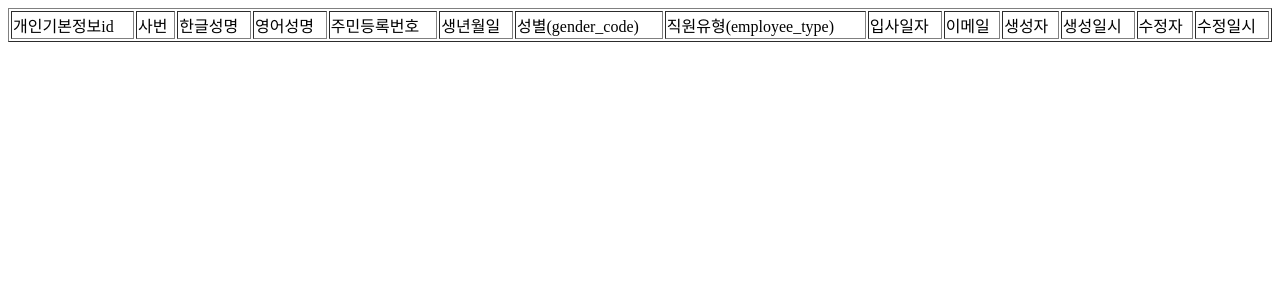
Repository: ktj4732/test
Page: http://localhost/dwl/home.jsp
An editor plug-in stored every save of this project. The page is shown before and after the next save, followed by the edit.
The browser window is 1280 px wide. The pictures show the whole page.
The page is served by Tomcat 9. Queries for data that is not in the repository find no rows.

Above is the page before, as saved 2020-11-18 05:18:52.

### dwl/WebContent/home.jsp
<%@ page language="java" contentType="text/html; charset=UTF-8"
    pageEncoding="UTF-8"%>
<%@ page import="java.sql.*"%>


      <table width = "100%" border = "1">
      <tr>
            <td>개인기본정보id</td>
			<td>사번</td>
			<td>한글성명</td>
			<td>영어성명</td>
			<td>주민등록번호</td>
			<td>생년월일</td>
			<td>성별(gender_code)</td>
			<td>직원유형(employee_type)</td>
			<td>입사일자</td>
			<td>이메일</td>
			<td>생성자</td>
			<td>생성일시</td>
			<td>수정자</td>
			<td>수정일시</td>

      </tr>

<%
    //내 db 접속에 사용할 conn 변수
    Connection conn = null;
    //오라클 드라이버 경로 설정
    String driver = "oracle.jdbc.driver.OracleDriver";
    //내 db의 계정 경로 설정
    String url = "jdbc:oracle:thin:@vis122.built1.com:1521:VIS1229";
    //접속 성공,실패 여부 사용시 쓰는 변수
    Boolean connect = false;


    Statement stmt = null;
    ResultSet rs = null;

    //db 접속 코드는 반드시 try~catch문 안에 써줘야함
    try {
        //오라클 드라이버 접속
        Class.forName(driver);
        //내 db 접속
        conn = DriverManager.getConnection(url, "apps", "apps");
        //접속성공시 true 설정
        connect = true;
         System.out.println("연결성공");


        String query = "select * from cbo1.cbo_person_master";

        stmt = conn.createStatement();

        rs = stmt.executeQuery(query);

        while (rs.next()) {
%>
			<tr>
	        	<td><%=rs.getString("cbo_person_master_id")%></td>
	        	<td><%=rs.getString("employee_number")%></td>
	        	<td><%=rs.getString("korean_name")%></td>
	        	<td><%=rs.getString("english_name")%></td>
	        	<td><%=rs.getString("registration_number")%></td>
	        	<td><%=rs.getString("birthday").substring(0,10)%></td>
	        	<td><%=rs.getString("gender_code")%></td>
	        	<td><%=rs.getString("employee_type")%></td>
	        	<td><%=rs.getString("hiredate").substring(0,10)%></td>
	        	<td><%=rs.getString("email")%></td>
	        	<td><%=rs.getString("creation_by")%></td>
	        	<td><%=rs.getString("creation_date")%></td>
	        	<td><%=rs.getString("last_update_by")%></td>
	        	<td><%=rs.getString("last_update_date")%></td>


	       	</tr>
       	</table>
<%
        }

        //접속 끊기, 끊는 이유 : 항상 db가 연결되어 있으면 접속 오류 및 데이터 충돌이 일어나기 때문
        conn.close();
    } catch (Exception e) {
        //접속 실패시 false 잡고 예외처리해줌
        connect = false;
        e.printStackTrace();
    }


%>

After the next save:
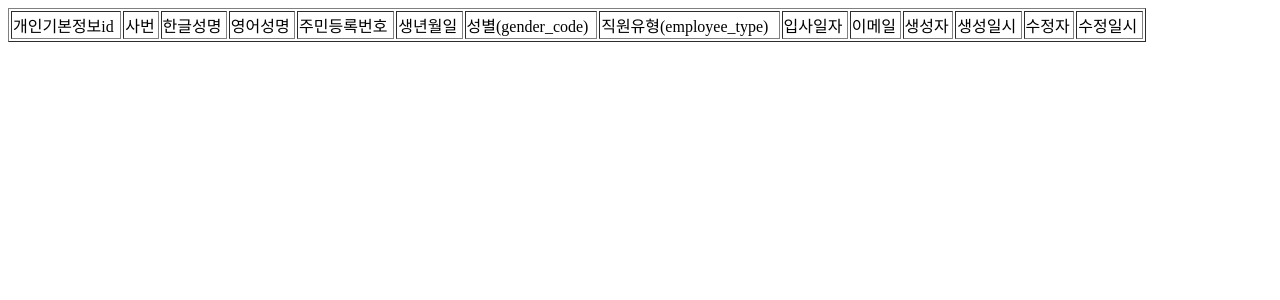
Saved 33 s later.
--- a/dwl/WebContent/home.jsp
+++ b/dwl/WebContent/home.jsp
@@ -3,7 +3,7 @@
 <%@ page import="java.sql.*"%>
 
 
-      <table width = "100%" border = "1">
+      <table width = "90%" border = "1">
       <tr>
             <td>개인기본정보id</td>
 			<td>사번</td>
